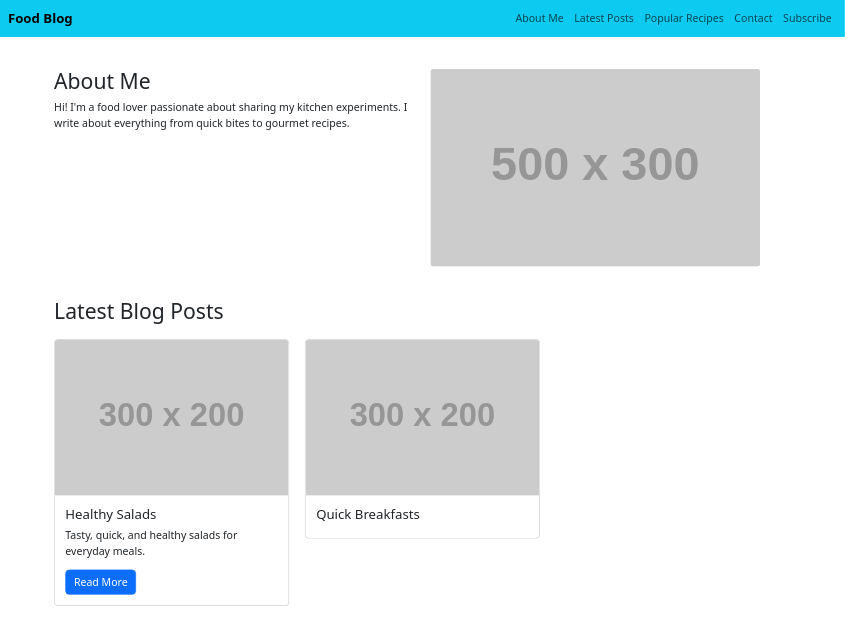
Repository: arunyerram/Web-TEChnologies
Page: lab4.html
These files come from the project's save history. The page is drawn as it stood at one moment and after a run of saves; the edit follows.
The browser window is 1280 px wide. The pictures show the whole page, at 66% of full size.

Above is the page before, as saved 2025-04-10 23:19:21.

After the next 2 saves:
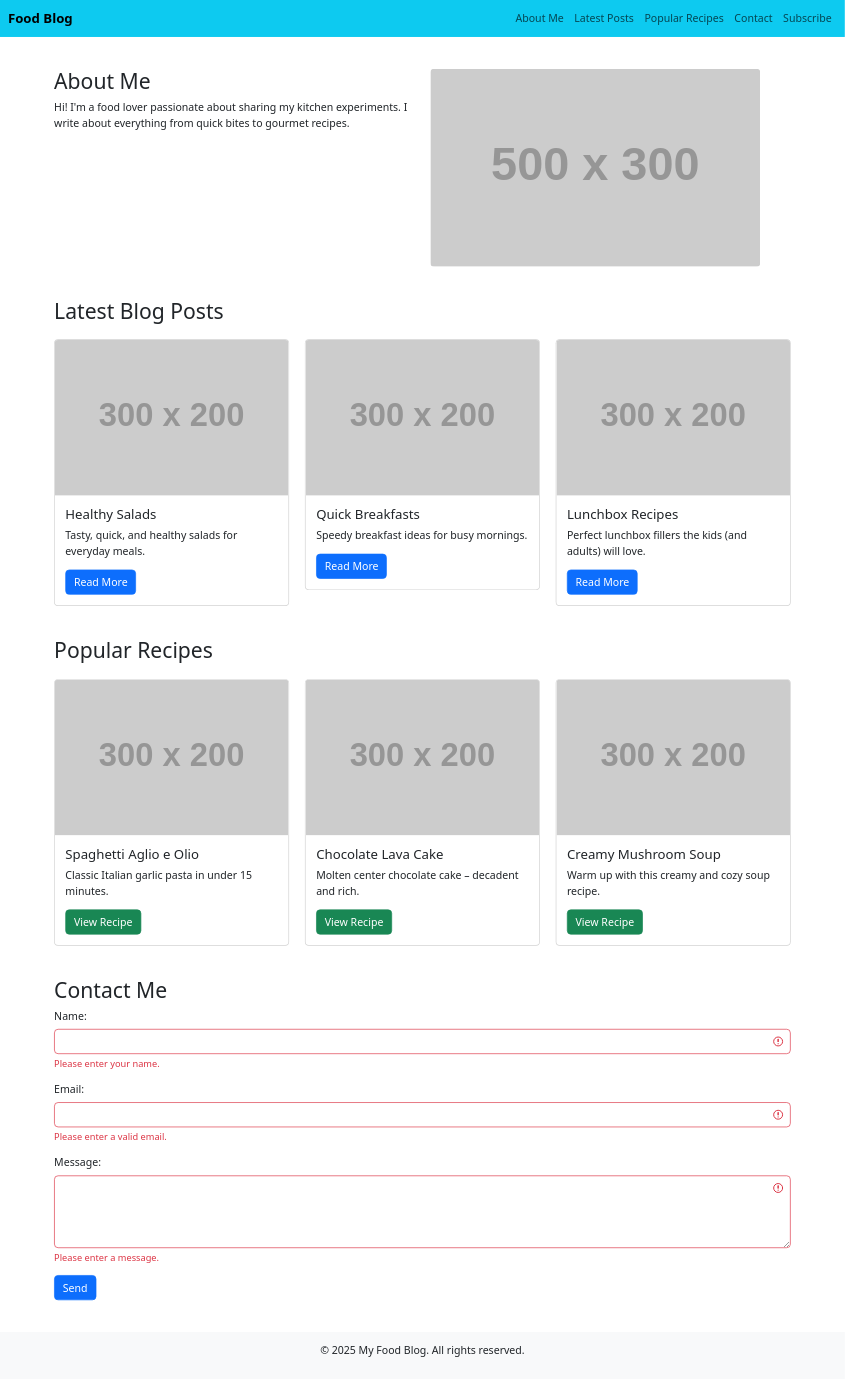
The 2 saves are shown as one change because they came seconds apart.
The last was saved 7 s later.
--- a/lab4.html
+++ b/lab4.html
@@ -59,4 +59,94 @@
         <div class="card">
           <img src="https://via.placeholder.com/300x200" class="card-img-top" alt="...">
           <div class="card-body">
-            <h5 class="card-title">Quick Breakfasts</h5
+            <h5 class="card-title">Quick Breakfasts</h5>
+            <p class="card-text">Speedy breakfast ideas for busy mornings.</p>
+            <a href="#" class="btn btn-primary">Read More</a>
+          </div>
+        </div>
+      </div>
+      <div class="col-md-4">
+        <div class="card">
+          <img src="https://via.placeholder.com/300x200" class="card-img-top" alt="...">
+          <div class="card-body">
+            <h5 class="card-title">Lunchbox Recipes</h5>
+            <p class="card-text">Perfect lunchbox fillers the kids (and adults) will love.</p>
+            <a href="#" class="btn btn-primary">Read More</a>
+          </div>
+        </div>
+      </div>
+    </div>
+  </section>
+
+  <!-- Popular Recipes Section -->
+  <section id="popular-recipes" class="container my-5">
+    <h2 class="mb-4">Popular Recipes</h2>
+    <div class="row g-4">
+      <div class="col-md-4">
+        <div class="card">
+          <img src="https://via.placeholder.com/300x200" class="card-img-top" alt="Recipe Image">
+          <div class="card-body">
+            <h5 class="card-title">Spaghetti Aglio e Olio</h5>
+            <p class="card-text">Classic Italian garlic pasta in under 15 minutes.</p>
+            <a href="#" class="btn btn-success">View Recipe</a>
+          </div>
+        </div>
+      </div>
+      <div class="col-md-4">
+        <div class="card">
+          <img src="https://via.placeholder.com/300x200" class="card-img-top" alt="Recipe Image">
+          <div class="card-body">
+            <h5 class="card-title">Chocolate Lava Cake</h5>
+            <p class="card-text">Molten center chocolate cake – decadent and rich.</p>
+            <a href="#" class="btn btn-success">View Recipe</a>
+          </div>
+        </div>
+      </div>
+      <div class="col-md-4">
+        <div class="card">
+          <img src="https://via.placeholder.com/300x200" class="card-img-top" alt="Recipe Image">
+          <div class="card-body">
+            <h5 class="card-title">Creamy Mushroom Soup</h5>
+            <p class="card-text">Warm up with this creamy and cozy soup recipe.</p>
+            <a href="#" class="btn btn-success">View Recipe</a>
+          </div>
+        </div>
+      </div>
+    </div>
+  </section>
+
+  <!-- Contact Section -->
+  <section id="contact" class="container my-5">
+    <h2>Contact Me</h2>
+    <form class="was-validated">
+      <div class="mb-3">
+        <label for="username" class="form-label">Name:</label>
+        <input type="text" class="form-control" id="username" required>
+        <div class="invalid-feedback">Please enter your name.</div>
+      </div>
+      <div class="mb-3">
+        <label for="useremail" class="form-label">Email:</label>
+        <input type="email" class="form-control" id="useremail" required>
+        <div class="invalid-feedback">Please enter a valid email.</div>
+      </div>
+      <div class="mb-3">
+        <label for="message" class="form-label">Message:</label>
+        <textarea class="form-control" id="message" rows="4" required></textarea>
+        <div class="invalid-feedback">Please enter a message.</div>
+      </div>
+      <button type="submit" class="btn btn-primary">Send</button>
+    </form>
+  </section>
+
+  <!-- Footer -->
+  <footer class="bg-light text-center py-3 mt-5">
+    <p>&copy; <span id="year"></span> My Food Blog. All rights reserved.</p>
+  </footer>
+
+  <!-- Bootstrap JS Bundle -->
+  <script src="https://cdn.jsdelivr.net/npm/bootstrap@5.3.0/dist/js/bootstrap.bundle.min.js"></script>
+  <script>
+    document.getElementById("year").textContent = new Date().getFullYear();
+  </script>
+</body>
+</html>
